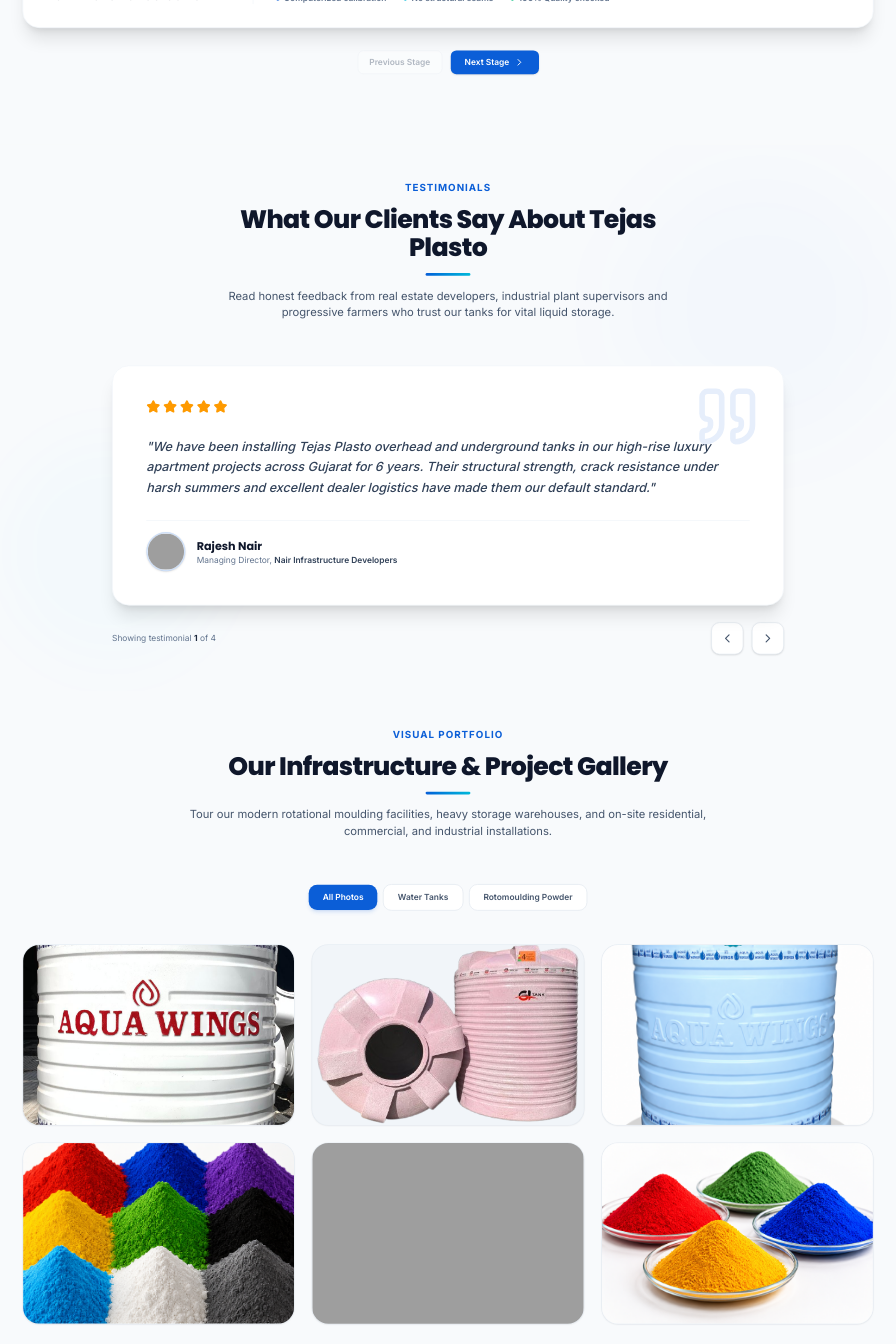
Repository: NikunjRajpara/TejasPlasto
Page: /
An editor plug-in stored every save of this project. The page is shown before and after the next save, followed by the edit.
The browser window is 1280 px wide. The pictures show the part of the page from y = 4580 to 6500 px (the page is 8448 px tall before and 8569 px after), at 70% of full size.
Pictures or frames that could not be fetched are drawn as grey boxes. The project was rebuilt for these pictures with package versions that can differ from the ones it lists, and the page was loaded fresh each time. Also part of the build but not shown: vite.config.js, src/components/Certifications.jsx, src/components/QuoteModal.jsx.

Above is the page before, as saved 2026-07-09 11:25:54.

After the next save:
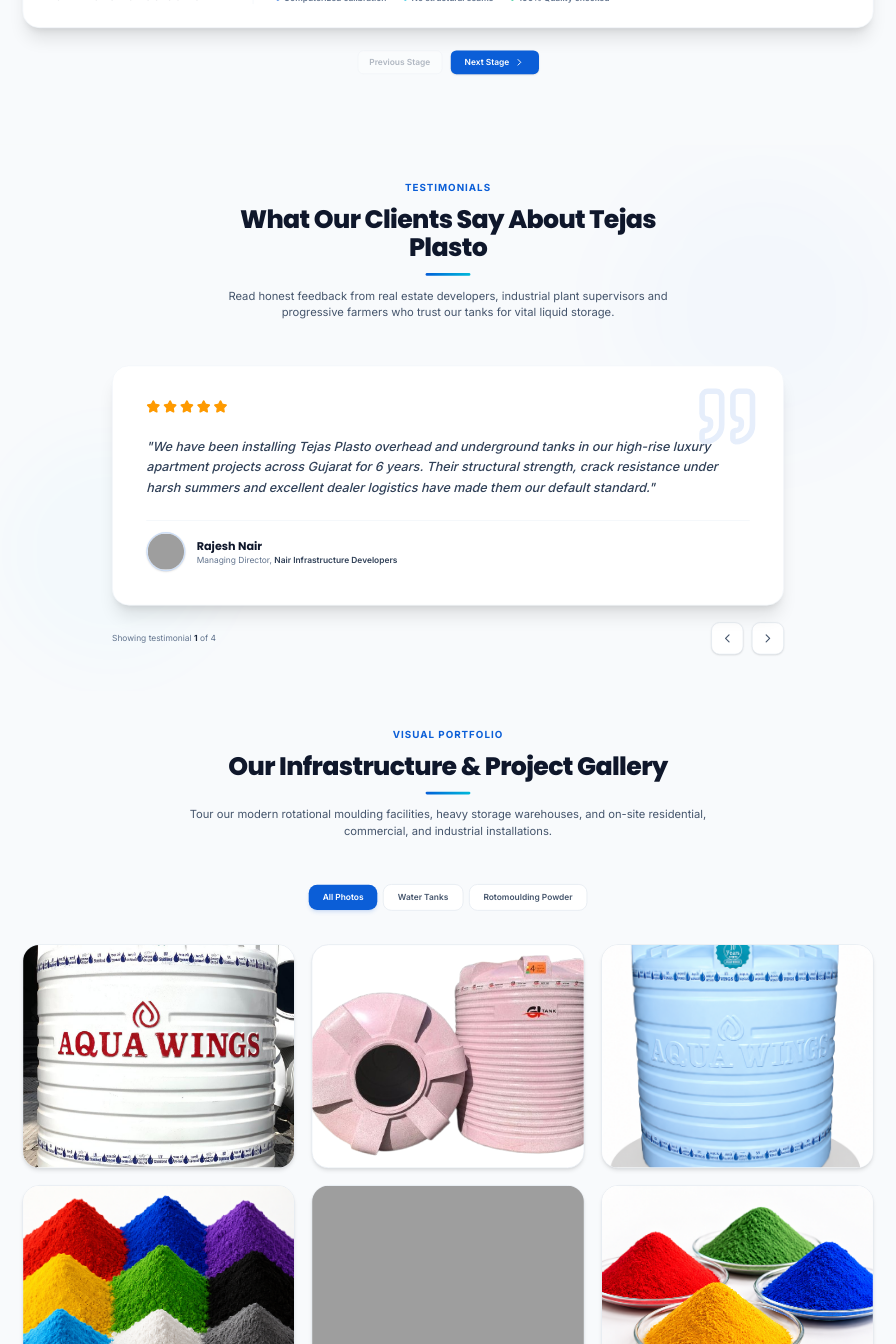
Saved 3 min 17 s later.
--- a/src/components/Gallery.jsx
+++ b/src/components/Gallery.jsx
@@ -80,7 +80,7 @@
 								exit={{ opacity: 0, scale: 0.9 }}
 								transition={{ duration: 0.3 }}
 								onClick={() => setLightboxIndex(index)}
-								className="group relative aspect-[3/2] overflow-hidden rounded-3xl border border-slate-200/60 bg-slate-100 shadow-xs hover:shadow-xl transition-all cursor-pointer"
+								className="group relative h-80 overflow-hidden rounded-3xl border border-slate-200 bg-white shadow-md hover:shadow-xl transition-all cursor-pointer"
 								id={`gallery-item-${item.id}`}
 							>
 								<img
